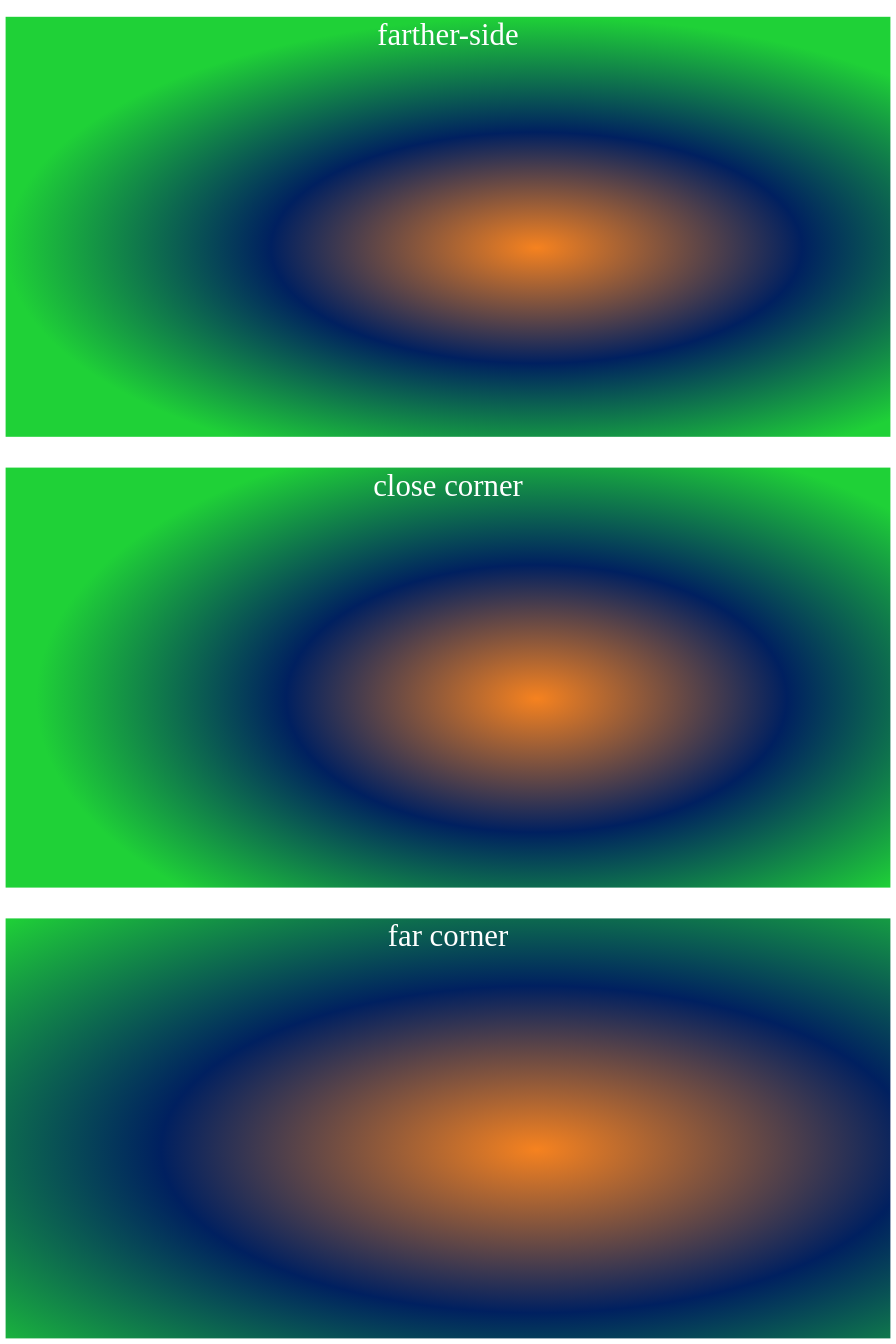
Repository: Pema-yangki/Css
Page: color.html
An editor plug-in stored every save of this project. The page is shown before and after the next save, followed by the edit.
The browser window is 1280 px wide. The pictures show the part of the page from y = 2700 to 4620 px (the page is 4620 px tall), at 70% of full size.

Above is the page before, as saved 2024-03-27 10:28:18.

### color.html
<!DOCTYPE html>
<html lang="en">
<head>
    <meta charset="UTF-8">
    <meta name="viewport" content="width=device-width, initial-scale=1.0">
    <title>Document</title>
    <style>
        div{
    margin-top: 20px;
    color: white;
    text-align: center;
    font-size: 44px;
}

.linear {
    background-image: linear-gradient(to right, #f7b485, #201502);
    width: 100%;
    height: 100px;
    padding: 20px;
}
.linearleft{
    background-image: linear-gradient(to bottom right, #f76a06, #201502);
    width: 100%;
    height: 100px;
    padding: 20px;
}
.angles {
    background-image: linear-gradient(45deg, #f76a06, #201502);
    width: 100%;
    height: 100px;
    padding: 20px;
}
.multi {
    background-image: linear-gradient(to right, red, orange, yellow, green, blue, indigo, violet);
    width: 100%;
    height: 100px;
    padding: 20px;
}
.styled-link {
    display: inline-block;
    padding: 10px 20px;
    background-color: #4CAF50;
    color: white;
    text-decoration: none;
    border-radius: 5px;
    transition: background-color 0.3s ease;
}

/* Hover effect */
.styled-link:hover {
    background-color: #45a049;
}

/* .linear{
    background-image: linear-gradient(to right, #ff7e5f, #feb47b);

    /* Set some additional styles for demonstration */
    /* width: 100%;
    height: 200px;
    border-radius: 10px;
    padding: 20px;
    color: white;
    text-align: center;
    font-size: 24px;
    font-family: Arial, sans-serif;
} */

.evenlyspaced {
    background-image:radial-gradient(#f6821f,#002060,#1fd137);
    height: 600px;
}
.differentlyspaced {
    background-image: radial-gradient(#f6821f
5%,#002060 15%,#1fd137 60%);
height: 600px;

}

.normal{
    background-image:
radial-gradient(at 60%
55%,#f6821f,#002060,#1fd137);
height: 600px;
}
.closest{
    background-image:
radial-gradient(closest-side at 60%
55%,#f6821f,#002060,#1fd137);
height: 600px;
}

.farther {
    background-image:
radial-gradient(farthest-side at 60%
55%,#f6821f,#002060,#1fd137);
height: 600px;
}
.closestcorner{
    background-image:
radial-gradient(closest-corner at 60%
55%,#f6821f,#002060,#1fd137);
height: 600px;
}

.Farthercorner{
    background-image:
radial-gradient(farthest-corner at 60%
55%,#f6821f,#002060,#1fd137);
height: 600px;
}

.threecolors{
    background-image:conic-gradient(#f6821f,#002060,#1fd137);
    height: 300px;}

.threecolorswithdegree{
    background-image: conic-gradient(#f6821f
10deg,#002060 160deg,#1fd137 180deg);
height: 300px;}

.piechart{
    background-image: conic-gradient(#f6821f
0deg,#f6821f 45deg,#002060 45deg,#002060
200deg,#1fd137 200deg);
border-radius: 50%;
height: 300px;
}

.withangle{
    background-image: conic-gradient(from 90deg,
#f6821f ,#002060,#1fd137);
height: 300px;
}

.center{
    background-image: conic-gradient(at 20% 25%,
#f6821f ,#002060,#1fd137);
height: 300px;
}
    </style>
</head>
<body>
    <a href="index.html" class="styled-link">Linear Gradient</a>
    <a href="conic.html" class="styled-link">Conic Gradient</a>
    <h1>Radial Gradient</h1>
    <div class="evenlyspaced">
        <p>Evenly spaced</p>
    </div>
    <div class="differentlyspaced">
        <p>Differently spaced</p>
    </div>
    <div class="normal">
        <p>normal-side</p>
    </div>
     <div class="closest">
        <p>Closest-side</p>
    </div>
    <div class="farther">
        <p>farther-side</p>
    </div>

    <div class="closestcorner">
        <p>close corner</p>
    </div>
    <div class="Farthercorner">
        <p>far corner</p>
    </div>

</body>
</html>

After the next save:
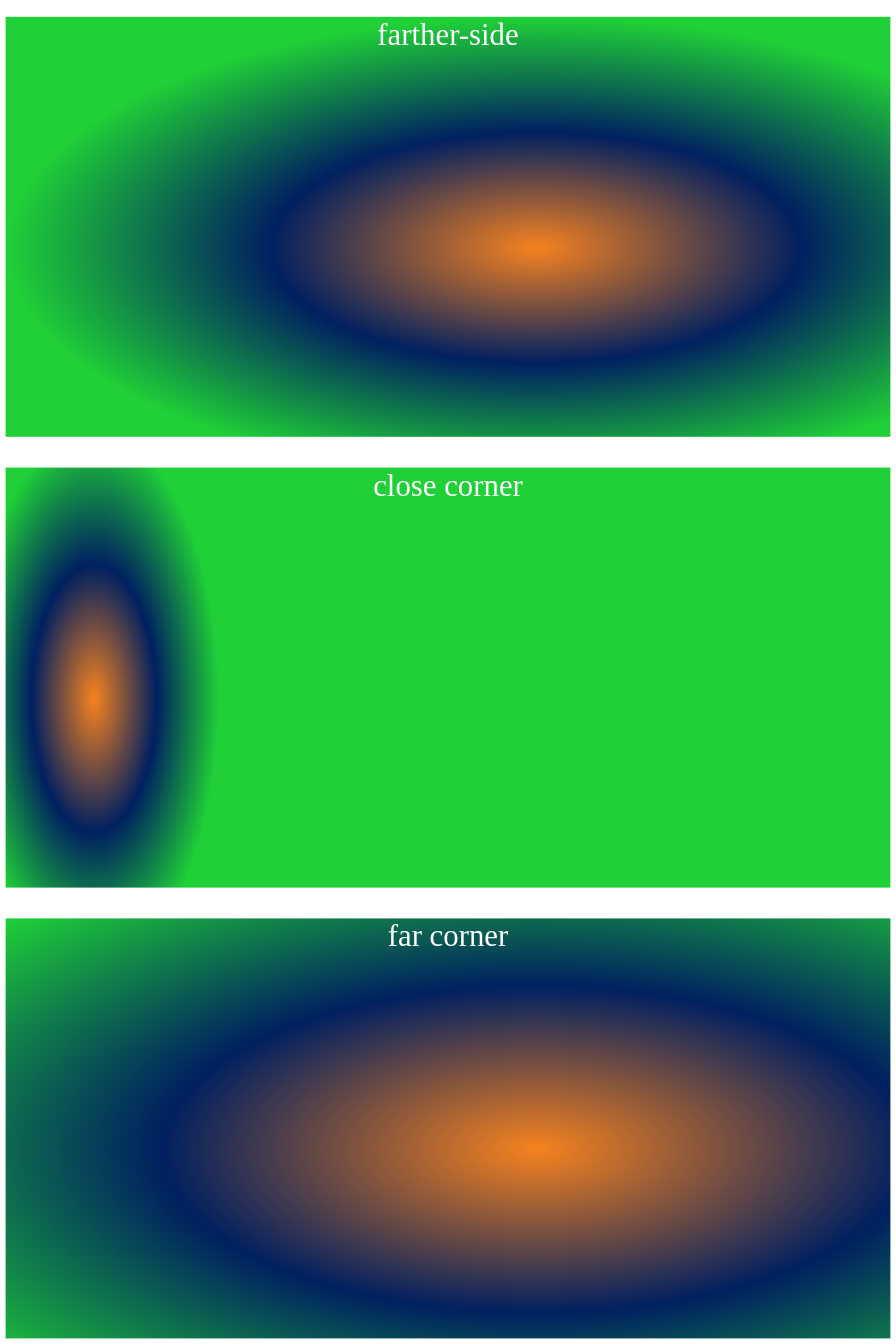
Saved 29 s later.
--- a/color.html
+++ b/color.html
@@ -97,7 +97,7 @@ height: 600px;
 }
 .closestcorner{
     background-image:
-radial-gradient(closest-corner at 60%
+radial-gradient(closest-corner at 10%
 55%,#f6821f,#002060,#1fd137);
 height: 600px;
 }
